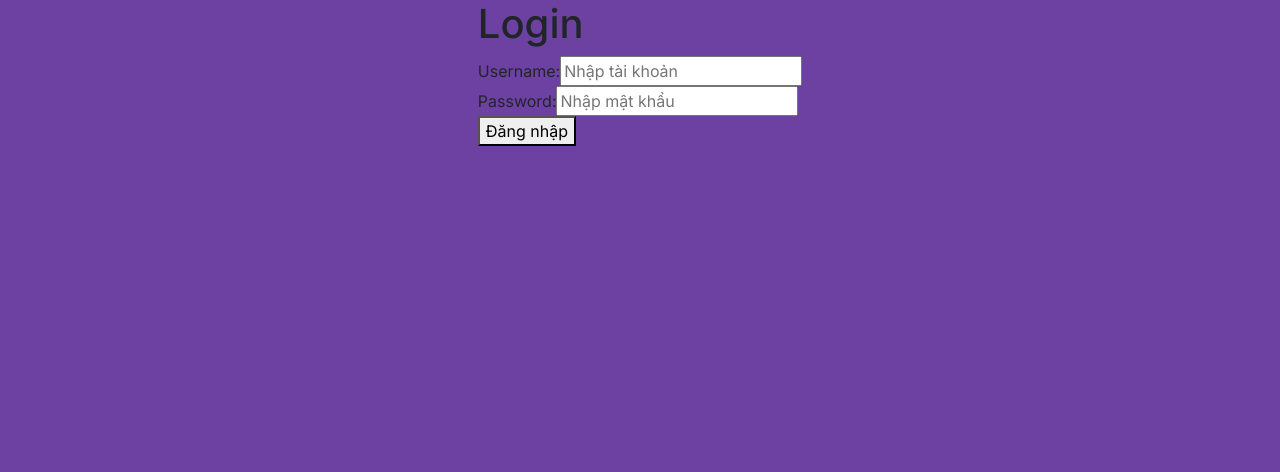
Repository: nghiakma/RFID-RFID-Attendance-System-using-ESP32-Nodejs-Reactjs-Nextjs-
Page: / (app in attendance/)
The author's editor kept a copy of each file at every save. The page is drawn from the files as they stood at one save, then again after the next save.
The browser window is 1280 px wide. The pictures show the whole page.
The page's requests for data from a server got no answer. The project was rebuilt for these pictures with package versions that can differ from the ones it lists, and the page was loaded fresh each time. The framework's server and built-in components were replaced by stand-ins that run in the browser. No one was signed in, and anything a server would have sent is missing. Also part of the build but not shown: attendance/next.config.js, attendance/src/styles/home-page.module.css, attendance/src/styles/tab-home.module.css, attendance/src/pages/api/convert-time.js, attendance/src/pages/api/networking.js, attendance/src/pages/tab-home.js, attendance/src/styles/tab-history.module.css, attendance/src/pages/tab-history.js and 6 more.

Above is the page before, as saved 2023-12-21 14:47:49.

After the next save:
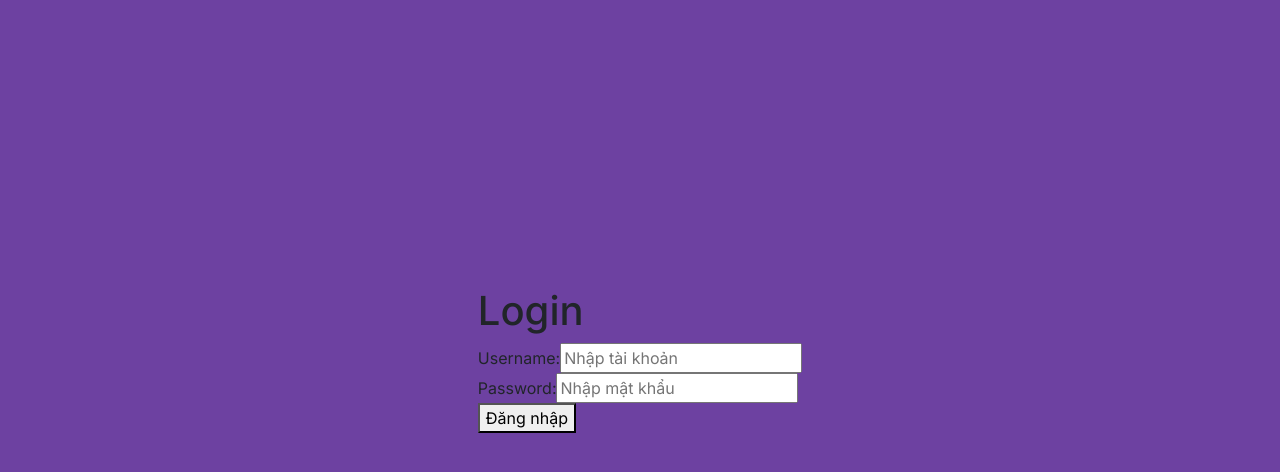
Saved 59 s later.
--- a/attendance/src/pages/login-page.js
+++ b/attendance/src/pages/login-page.js
@@ -10,8 +10,8 @@ const Login = () => {
             }}
         >
             <div style={{
-                display: 'flex',
-                alignItems: 'center', justifyContent: 'center'
+                width: '100%', height: '100%',
+                display: 'flex', alignItems: 'center', justifyContent: 'center'
             }}>
                 <div className="login-content">
                     <h1 className="login-title">Login</h1>
